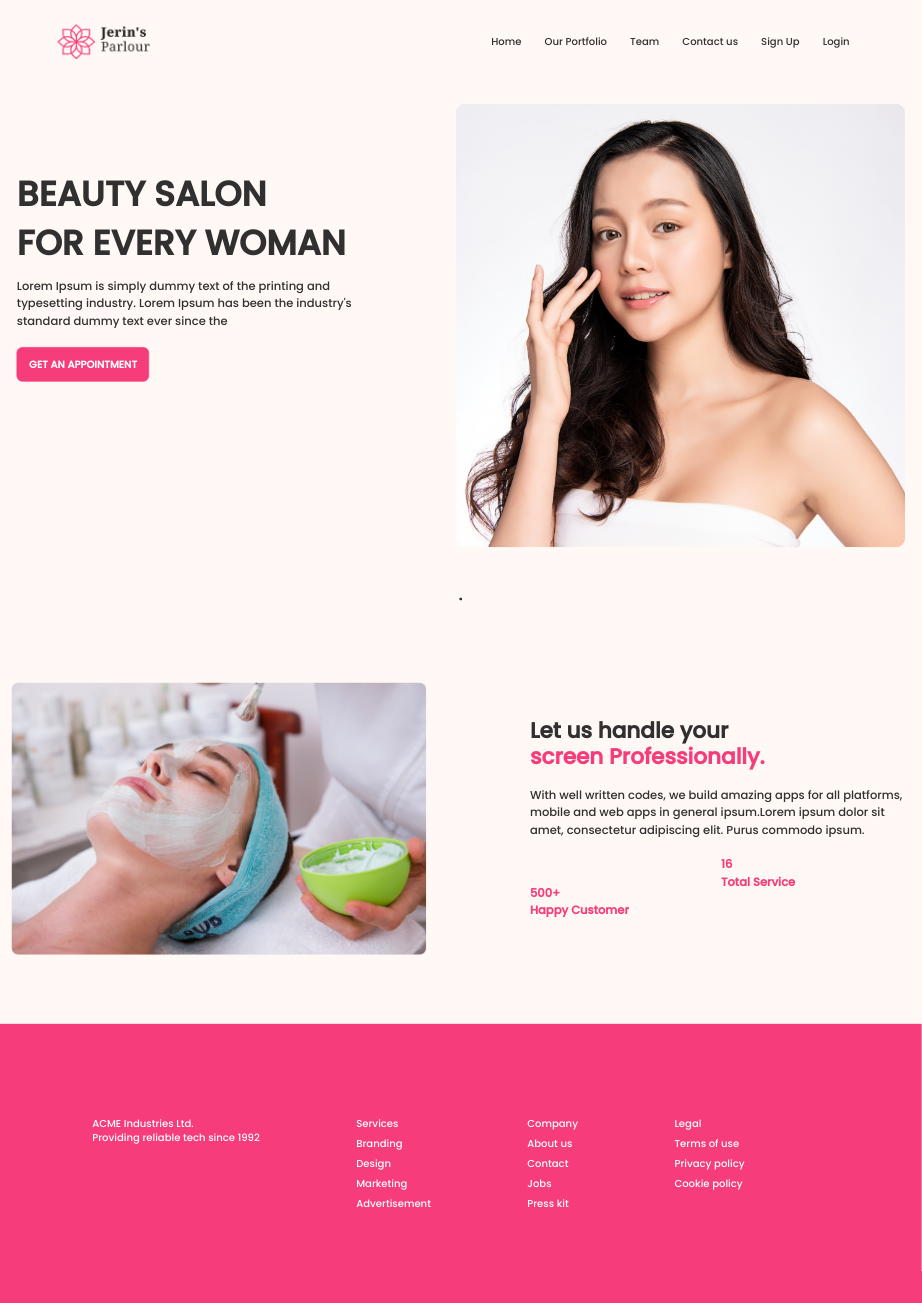
Repository: Wahid137/jerins-parlour-client
Page: /
These files come from the project's save history. The page is drawn as it stood at one moment and after the next save; the edit follows.
The browser window is 1280 px wide. The pictures show the whole page, at 72% of full size.
The page's requests for data from a server got no answer. The project was rebuilt for these pictures with package versions that can differ from the ones it lists, and the page was loaded fresh each time. No one was signed in, and anything a server would have sent is missing. Also part of the build but not shown: src/App.css, src/Pages/Home/Services/ServicesCard.js.

Above is the page before, as saved 2023-07-16 04:33:37.

After the next save:
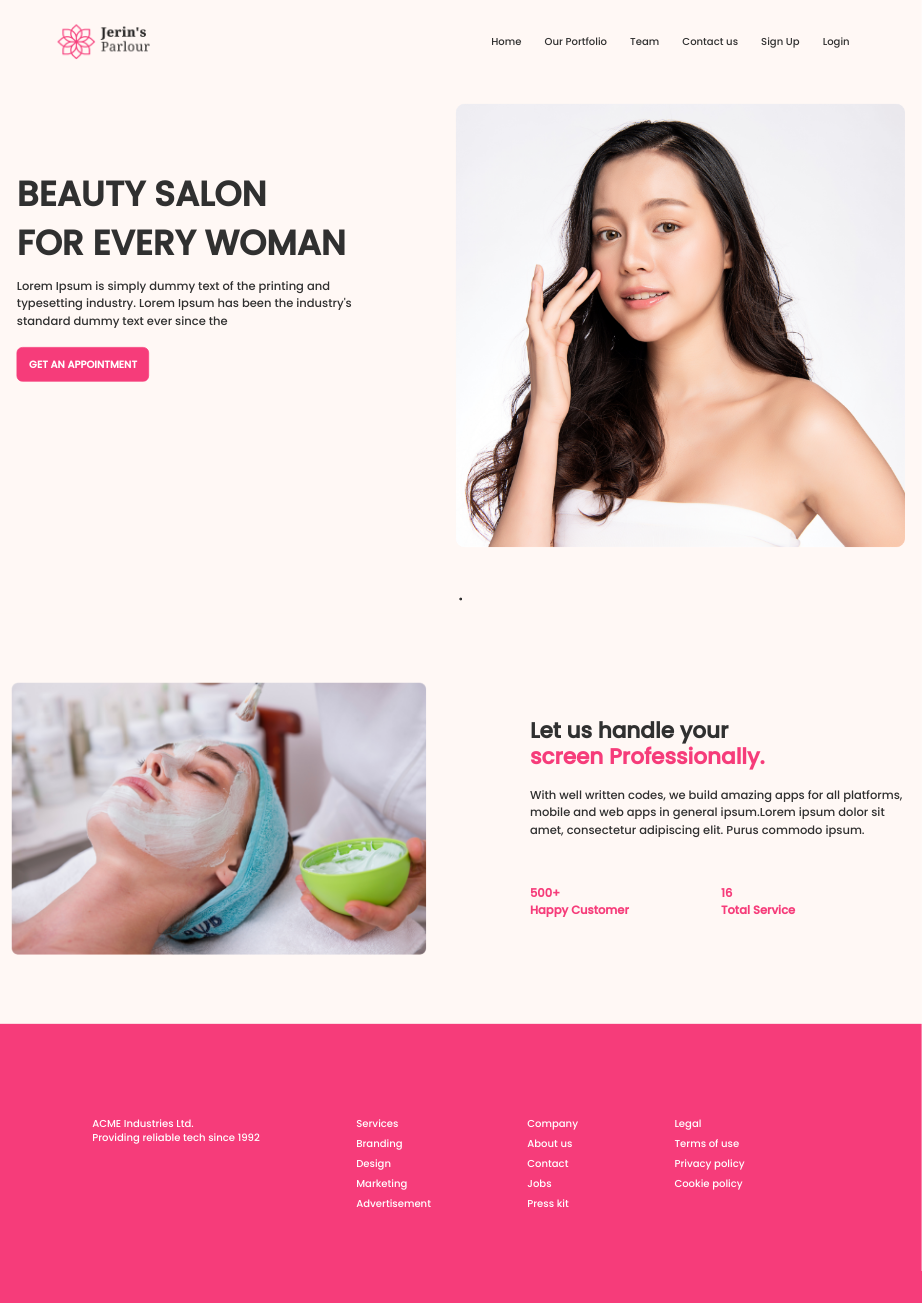
Saved 16 s later.
--- a/src/Pages/Home/Screen/Screen.js
+++ b/src/Pages/Home/Screen/Screen.js
@@ -9,8 +9,8 @@ const Screen = () => {
                 <div className='lg:w-1/2 ms-32'>
                     <h1 className="text-3xl font-semibold">Let us handle your <br /><span className='text-primary'>screen Professionally.</span></h1>
                     <p className="py-6">With well written codes, we build amazing apps for all platforms, mobile and web apps in general ipsum.Lorem ipsum dolor sit amet, consectetur adipiscing elit. Purus commodo ipsum.</p>
-                    <div className='flex'>
-                        <div className='me-32 pt-10'>
+                    <div className='flex pt-10'>
+                        <div className='me-32'>
                             <p className='text-primary font-bold'>500+</p>
                             <p className='text-primary font-bold'>Happy Customer</p>
                         </div>
